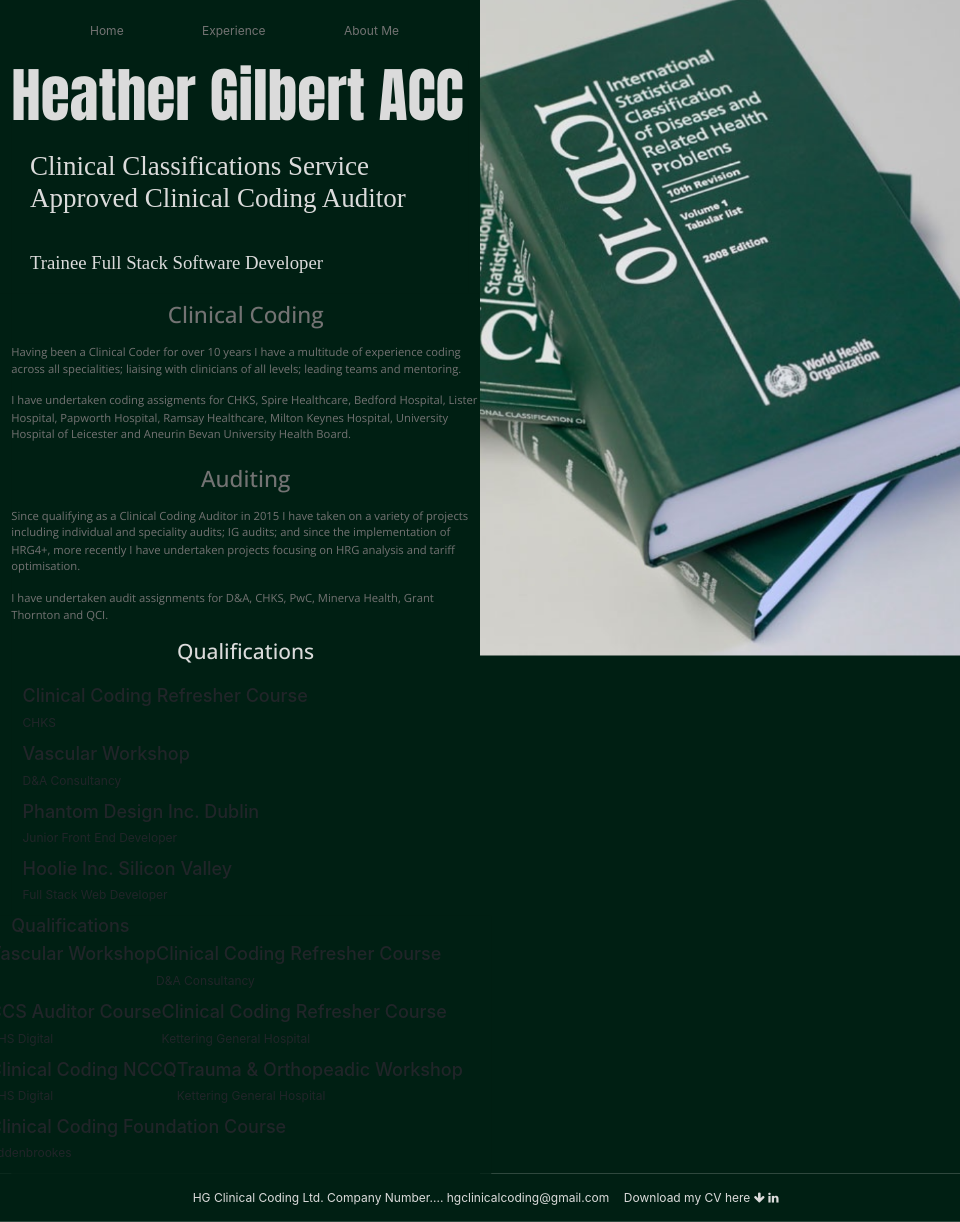
Repository: Code-Institute-Submissions/fsd-ms-project1-resume
Page: resume.html
The author's editor kept a record of every edit. The page is drawn from the files as they stood at one moment, then again after the next edit.
The browser window is 1280 px wide. The pictures show the whole page, at 75% of full size.
Some web fonts or font styles are not loaded; a fallback is used.

Above is the page before.

After the next edit:
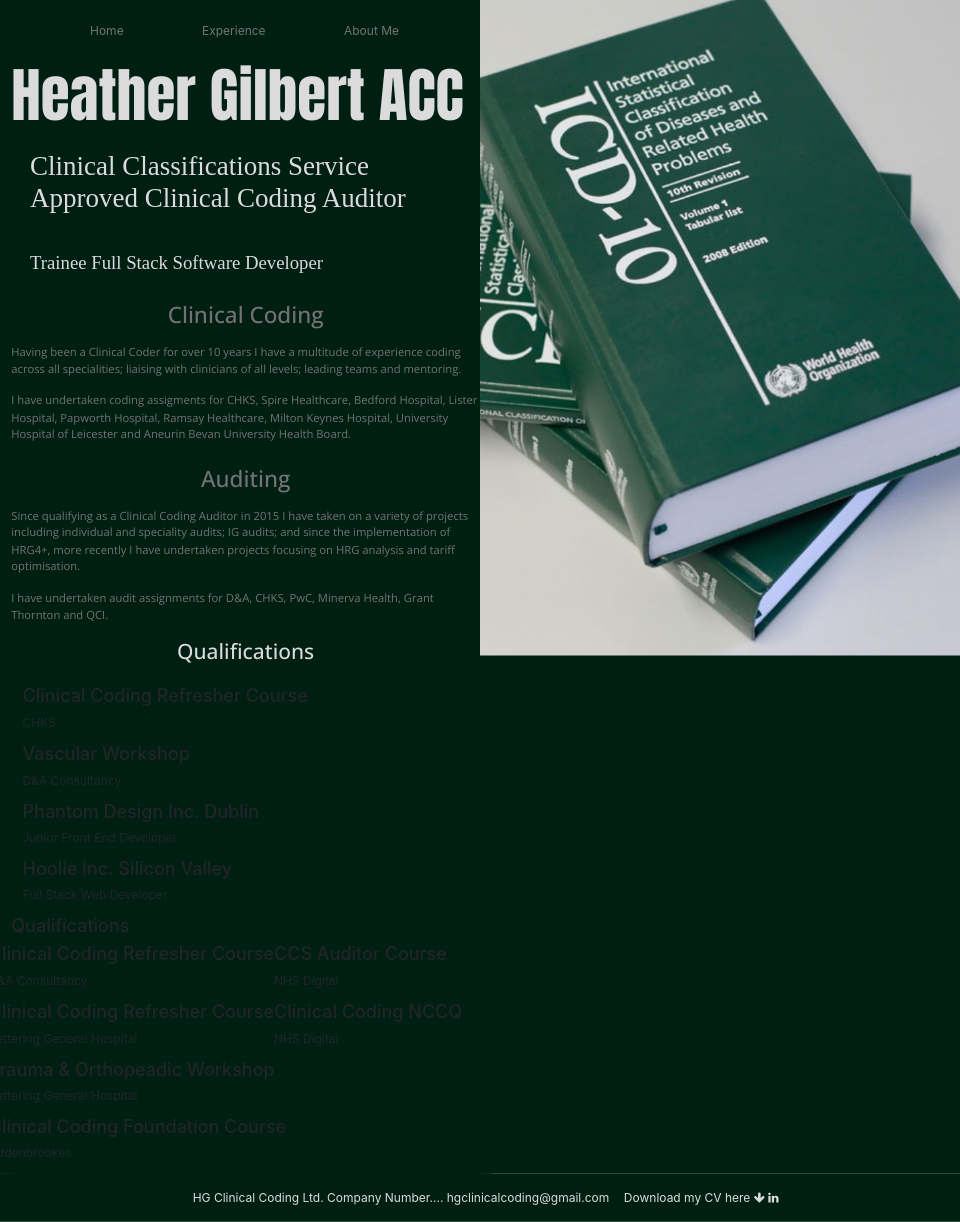
The edit:
--- a/resume.html
+++ b/resume.html
@@ -88,10 +88,7 @@
                     <h4 class="qualifications col-md-6">Qualifications</h4>
                     <div class="row">
 
-                        <div class="timeline" data-dates="">
-                            <h4>Vascular Workshop</h4>
-                            <p class="timeline-company"></p>
-                        </div>
+
                         <div class="timeline" data-dates="April 2016">
                             <h4>Clinical Coding Refresher Course</h4>
                             <p>D&A Consultancy</p>
